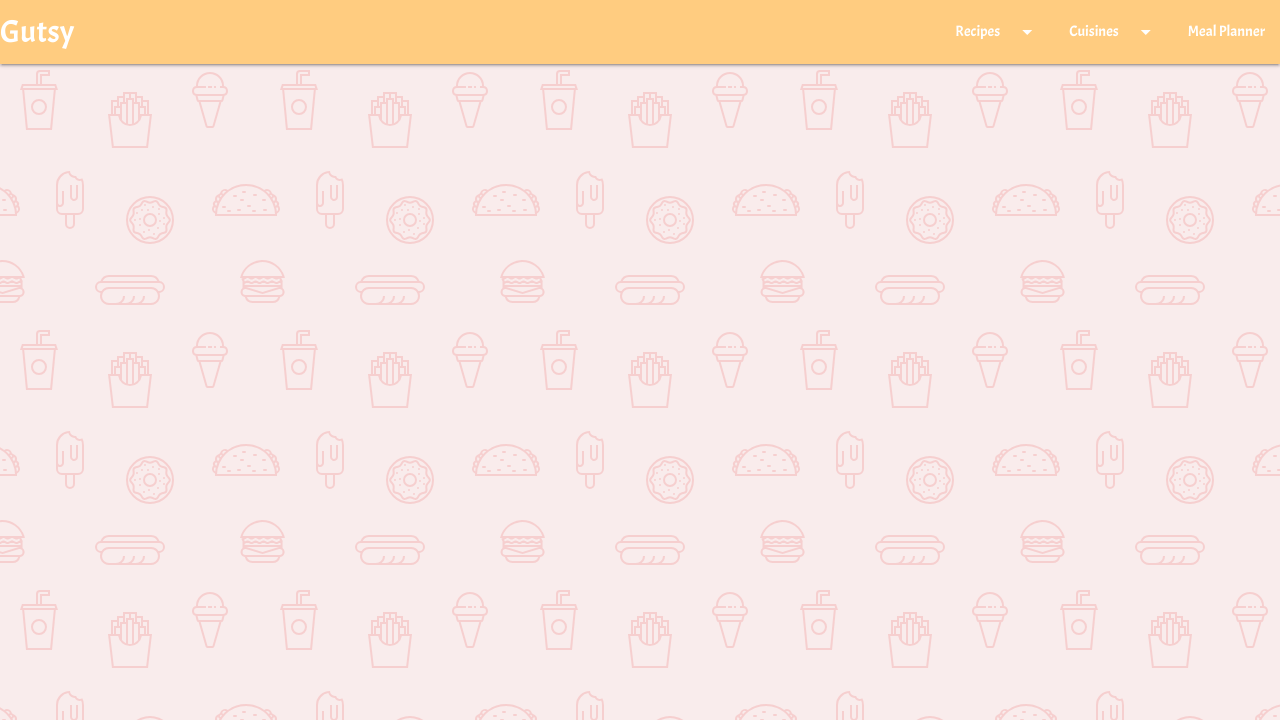
Repository: connor-blackburn/gutsy
Page: http://localhost/get_cuisines
The author's editor kept a record of every edit. The page is drawn from the files as they stood at one moment, then again after the next edit.
The browser window is 1280 px wide. The pictures show the whole page.
The page is served by the project's application, run on Flask 3 (app.py). Queries for data that is not in the repository find no rows.

Above is the page before.

### templates/cuisines.html
{% extends 'base.html' %} {% block content %}
<div class="container">
    <div class="row">
        {% for cuisine in cuisines %}
        <div class="col s12 m4 cardBox">
            <div class="card blue lighten-5">
                <div class="card-content white-text">
                    <span class="card-title black-text center-align">{{cuisine.cuisine_name}}</span>
                </div>
                <div class="card-action center-align">
                    <a href="" class="waves-effect waves-light btn-small">Edit</a>
                    <a href="" class="waves-effect waves-light btn-small">Delete</a>
                </div>
            </div>
        </div>
        {% endfor %}
    </div>
</div>
{% endblock %}

### templates/base.html
<!DOCTYPE html>
<html>

<head>
    <meta charset="UTF-8">
    <meta name="viewport" content="width=device-width, initial-scale=1.0">
    <meta http-equiv="X-UA-Compatible" content="ie=edge">
    <link href="https://fonts.googleapis.com/icon?family=Material+Icons" rel="stylesheet">
    <link rel="stylesheet" href="https://cdnjs.cloudflare.com/ajax/libs/materialize/1.0.0/css/materialize.min.css">
    <link href="https://fonts.googleapis.com/css?family=Acme&display=swap" rel="stylesheet">
    <link rel="stylesheet" href="{{ url_for('static', filename='css/style.css') }}" type="text/css" />
</head>

<body>
    <header>
        <ul id="dropdown1" class="dropdown-content">
            <li><a href="#!">Edit Recipes</a></li>
            <li class="divider"></li>
            <li><a href="#!">Create Recipes</a></li>
        </ul>
        <ul id="dropdown2" class="dropdown-content">
            <li><a href="{{url_for('get_cuisines')}}">Edit Cuisines</a></li>
            <li class="divider"></li>
            <li><a href="{{url_for('add_cuisine')}}">Create Cuisines</a></li>
        </ul>
        <ul id="dropdown3" class="dropdown-content">
            <li><a href="#!">Edit Recipes</a></li>
            <li class="divider"></li>
            <li><a href="#!">Create Recipes</a></li>
        </ul>
        <ul id="dropdown4" class="dropdown-content">
            <li><a href="{{url_for('get_cuisines')}}">Edit Cuisines</a></li>
            <li class="divider"></li>
            <li><a href="{{url_for('add_cuisine')}}">Create Cuisines</a></li>
        </ul>
        <nav>
            <div class="nav-wrapper orange lighten-3">
                <a href="#!" class="brand-logo">Gutsy</a>
                <a href="#" data-target="mobile-demo" class="sidenav-trigger"><i class="material-icons">menu</i></a>
                <ul class="right hide-on-med-and-down">
                    <li><a class="dropdown-trigger" href="#!" data-target="dropdown1">Recipes<i class="material-icons right">arrow_drop_down</i></a></li>
                    <li><a class="dropdown-trigger" href="#!" data-target="dropdown2">Cuisines<i class="material-icons right">arrow_drop_down</i></a></li>
                    <li><a href="collapsible.html">Meal Planner</a></li>
                </ul>
            </div>
        </nav>

        <ul class="sidenav" id="mobile-demo">
            <li><a class="dropdown-trigger" href="#!" data-target="dropdown3">Recipes<i class="material-icons right">arrow_drop_down</i></a></li>
            <li><a class="dropdown-trigger" href="#!" data-target="dropdown4">Cuisines<i class="material-icons right">arrow_drop_down</i></a></li>
            <li><a href="collapsible.html">Meal Planner</a></li>
        </ul>
    </header>
    {% block content %} {% endblock %}

    <script type="text/javascript" src="https://cdnjs.cloudflare.com/ajax/libs/jquery/3.4.1/jquery.min.js"></script>
    <script src="https://cdnjs.cloudflare.com/ajax/libs/materialize/1.0.0/js/materialize.min.js"></script>
    <script type="text/javascript">
        $(document).ready(function() {
            $('.dropdown-trigger').dropdown();
            $('.collapsible').collapsible();
            $('.sidenav').sidenav();
            $('select').formSelect();
        });
    </script>


</body>

</html>

### app.py
import os
from flask import Flask, render_template, redirect, request, url_for
from flask_pymongo import PyMongo
from bson.objectid import ObjectId

app = Flask(__name__)

app.config["MONGO_DBNAME"] = 'cookbook'
app.config["MONGO_URI"] = os.environ.get('MONGO_URI')

mongo = PyMongo(app)

@app.route('/')
@app.route('/get_recipes')
def hello():
    return render_template('recipes.html', recipes=mongo.db.recipes.find())

@app.route('/add_cuisine')
def add_cuisine():
    return render_template('addcuisine.html',
    cuisines=mongo.db.cuisines.find())

@app.route('/insert_cuisine', methods=['POST'])
def insert_cuisine():
    cuisines = mongo.db.cuisines
    cuisines.insert_one(request.form.to_dict())
    return redirect(url_for('add_cuisine'))

@app.route('/get_cuisines')
def get_cuisines():
    return render_template('cuisines.html',
    cuisines=mongo.db.cuisines.find())

@app.route('/edit_cuisine/<cuisine_id>')
def edit_cuisine(cuisine_id):
    return render_template('editcuisine.html',
    cuisines=mongo.db.cuisines.find_one({'_id': ObjectId(cuisine_id)}))

if __name__ == '__main__':
    app.run(host=os.environ.get('IP'),
        port=int(os.environ.get('PORT')),
        debug=True)

Loaded but not shown: static/css/style.css (library)

After the next edit:
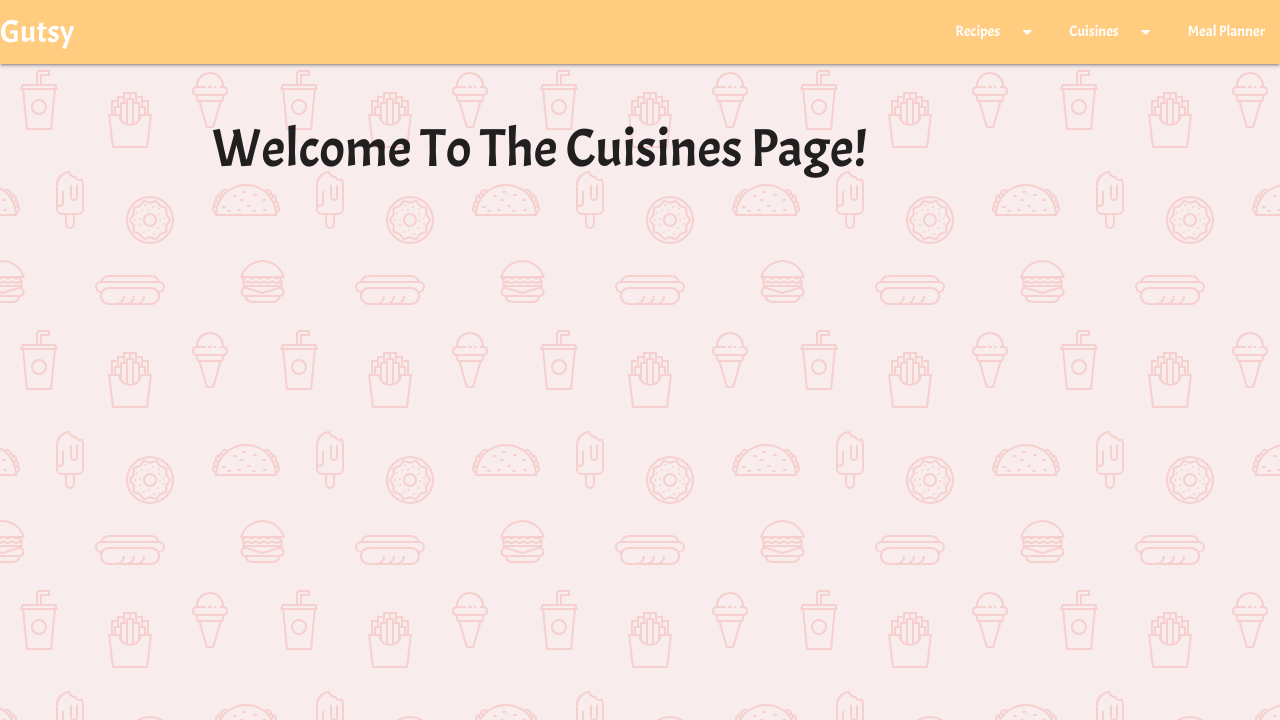
The edit:
--- a/templates/cuisines.html
+++ b/templates/cuisines.html
@@ -1,5 +1,8 @@
 {% extends 'base.html' %} {% block content %}
 <div class="container">
+    <div class="row">
+        <h2>Welcome To The Cuisines Page!</h2>
+    </div>
     <div class="row">
         {% for cuisine in cuisines %}
         <div class="col s12 m4 cardBox">
